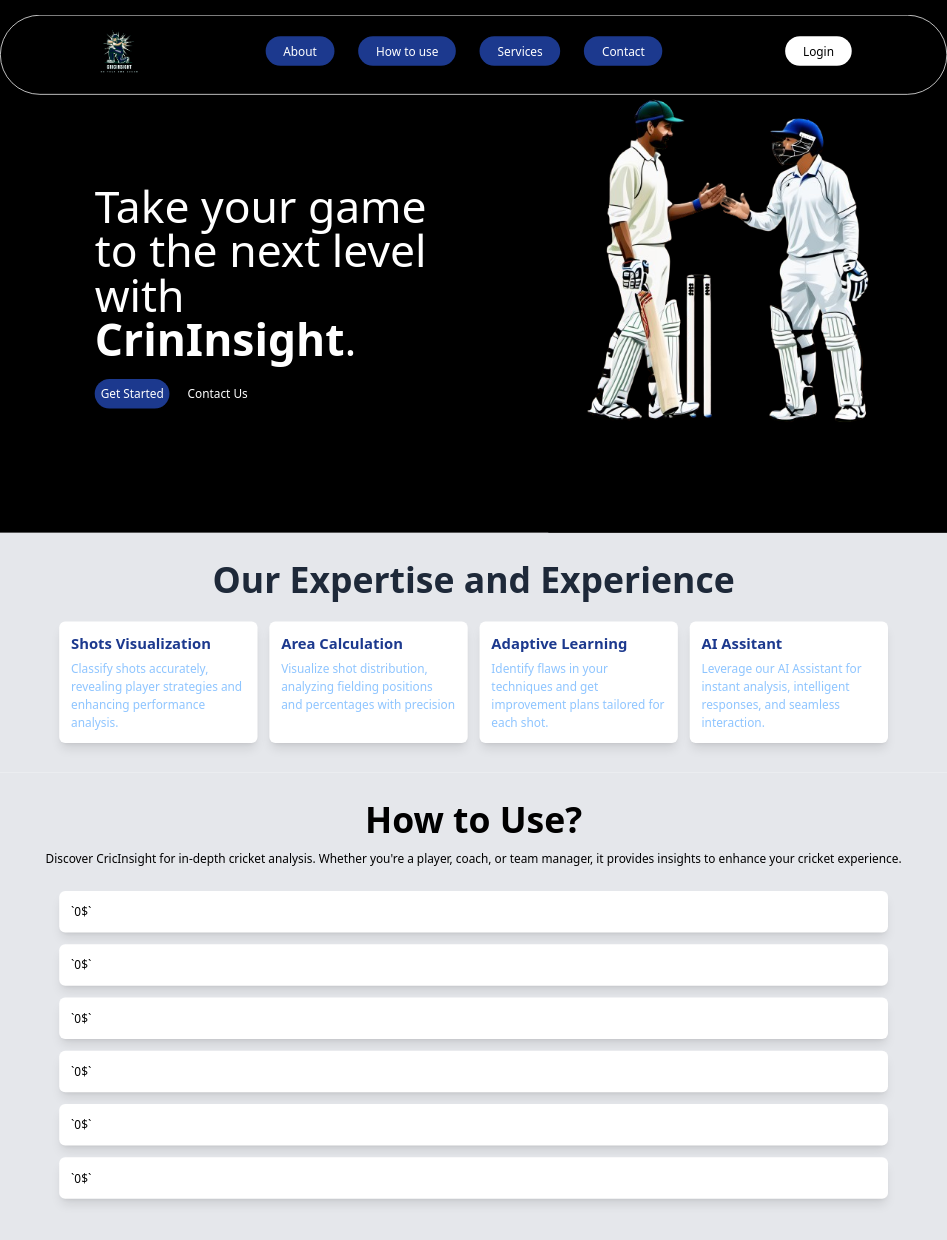
Repository: ahsanfawadaf/cricket
Page: /
An editor plug-in stored every save of this project. The page is shown before and after a run of saves, followed by the edit.
The browser window is 1280 px wide. The pictures show the whole page, at 74% of full size.
The project was rebuilt for these pictures with package versions that can differ from the ones it lists, and the page was loaded fresh each time. Also part of the build but not shown: vite.config.js.

Above is the page before, as saved 2025-09-17 12:13:43.

After the next 3 saves:
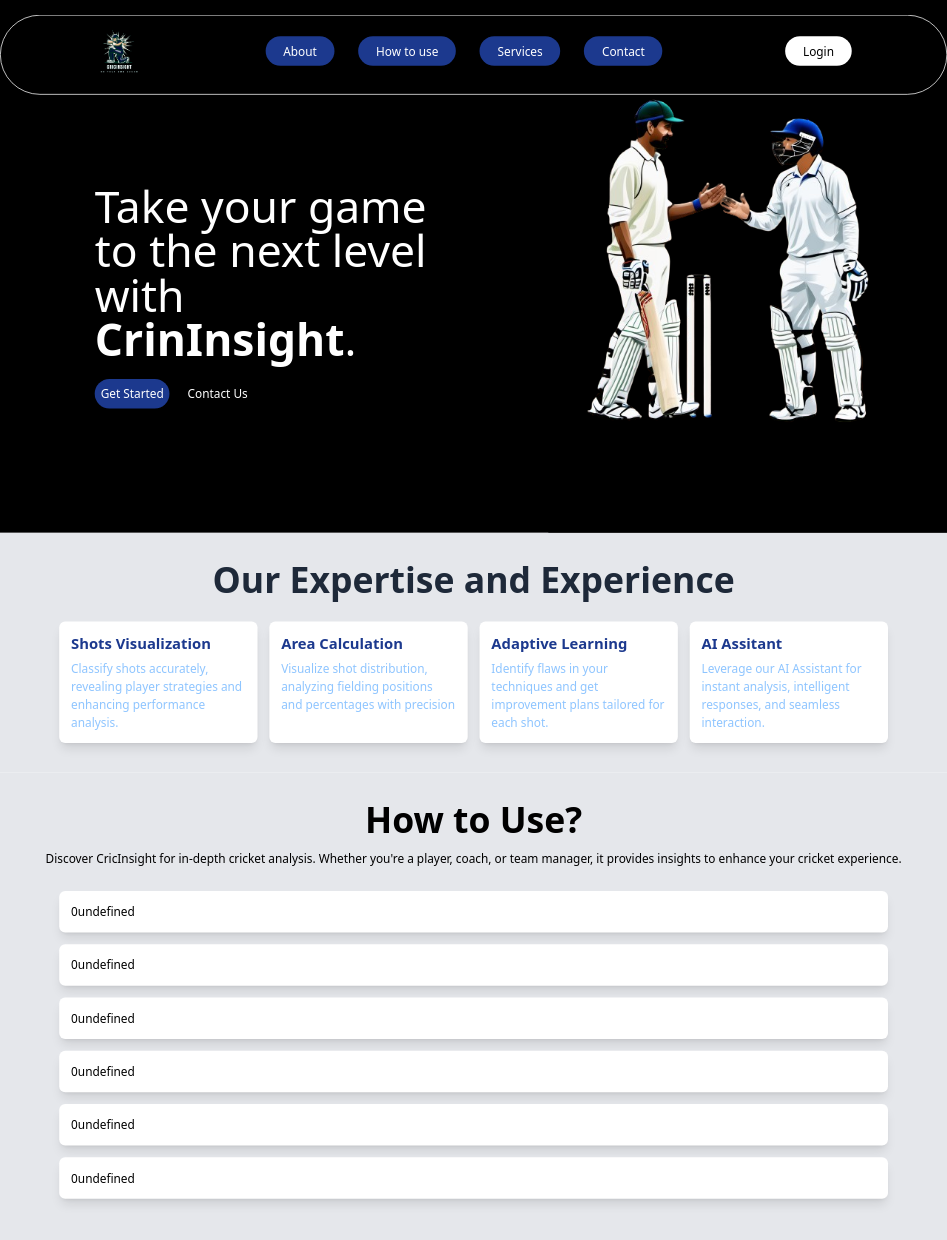
The 3 saves are shown as one change because they came seconds apart.
The last was saved 30 s later.
--- a/src/components/Howtouse.jsx
+++ b/src/components/Howtouse.jsx
@@ -48,7 +48,7 @@
         { cards.map((ca) =>(
           <div key={ca.id} className='bg-white shadow-lg rounded-lg p-4 mb-4'>
 
-           <h3>`0${cards.id}`</h3>
+           <h3>{`0${cards.id}`}</h3>
 
 
 
